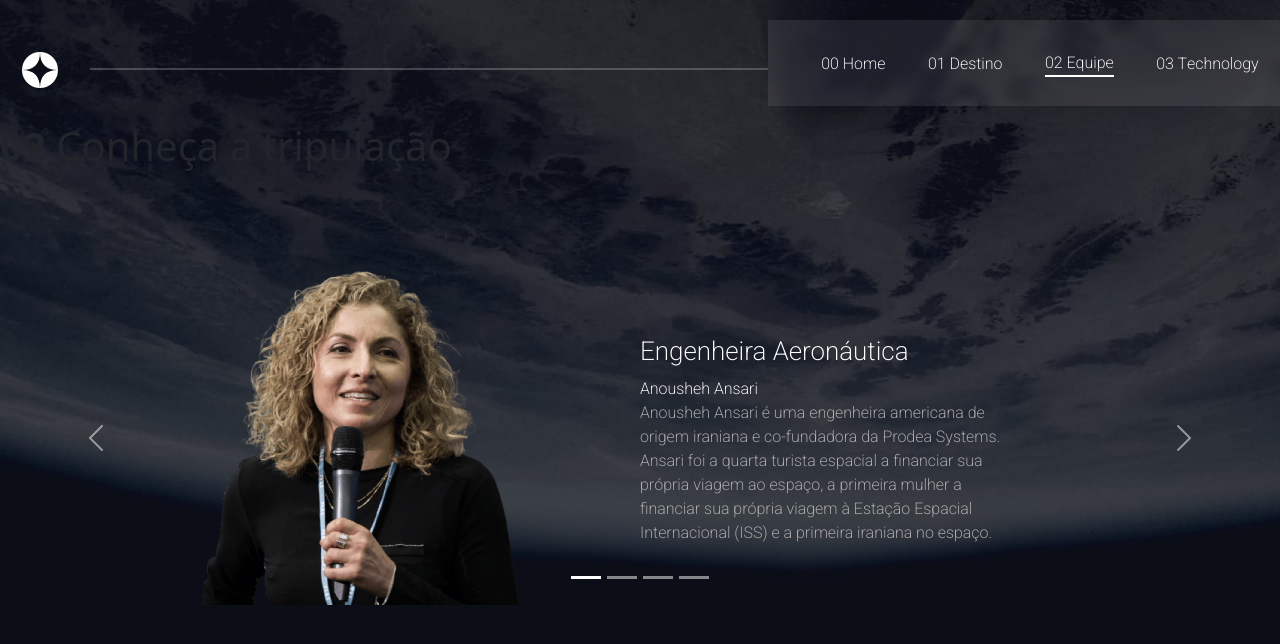
Repository: Leonngc/space-site
Page: crew-commander.html
These files come from the project's save history. The page is drawn as it stood at one moment and after the next save; the edit follows.
The browser window is 1280 px wide. The pictures show the whole page.

Above is the page before, as saved 2023-05-01 16:18:58.

After the next save:
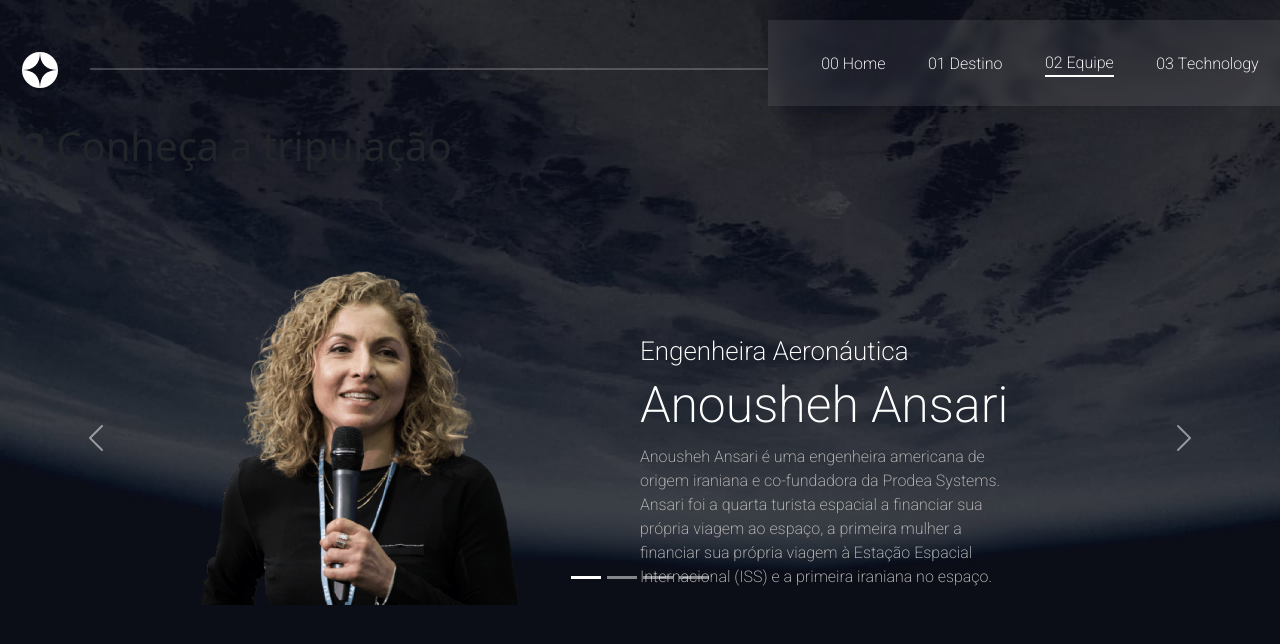
Saved 24 s later.
--- a/crew-commander.html
+++ b/crew-commander.html
@@ -44,7 +44,7 @@
         <img src="starter-code/assets/crew/image-anousheh-ansari.png" class="d-flex w-5" alt="...">
         <div class="text-box">
           <h2>Engenheira Aeronáutica</h2>
-          Anousheh Ansari
+          <h3>Anousheh Ansari</h3>
 
           <p>
             Anousheh Ansari é uma engenheira americana de origem iraniana e co-fundadora da Prodea Systems. Ansari foi a quarta turista espacial a financiar sua própria viagem ao espaço, a primeira mulher a financiar sua própria viagem à Estação Espacial Internacional (ISS) e a primeira iraniana no espaço.
